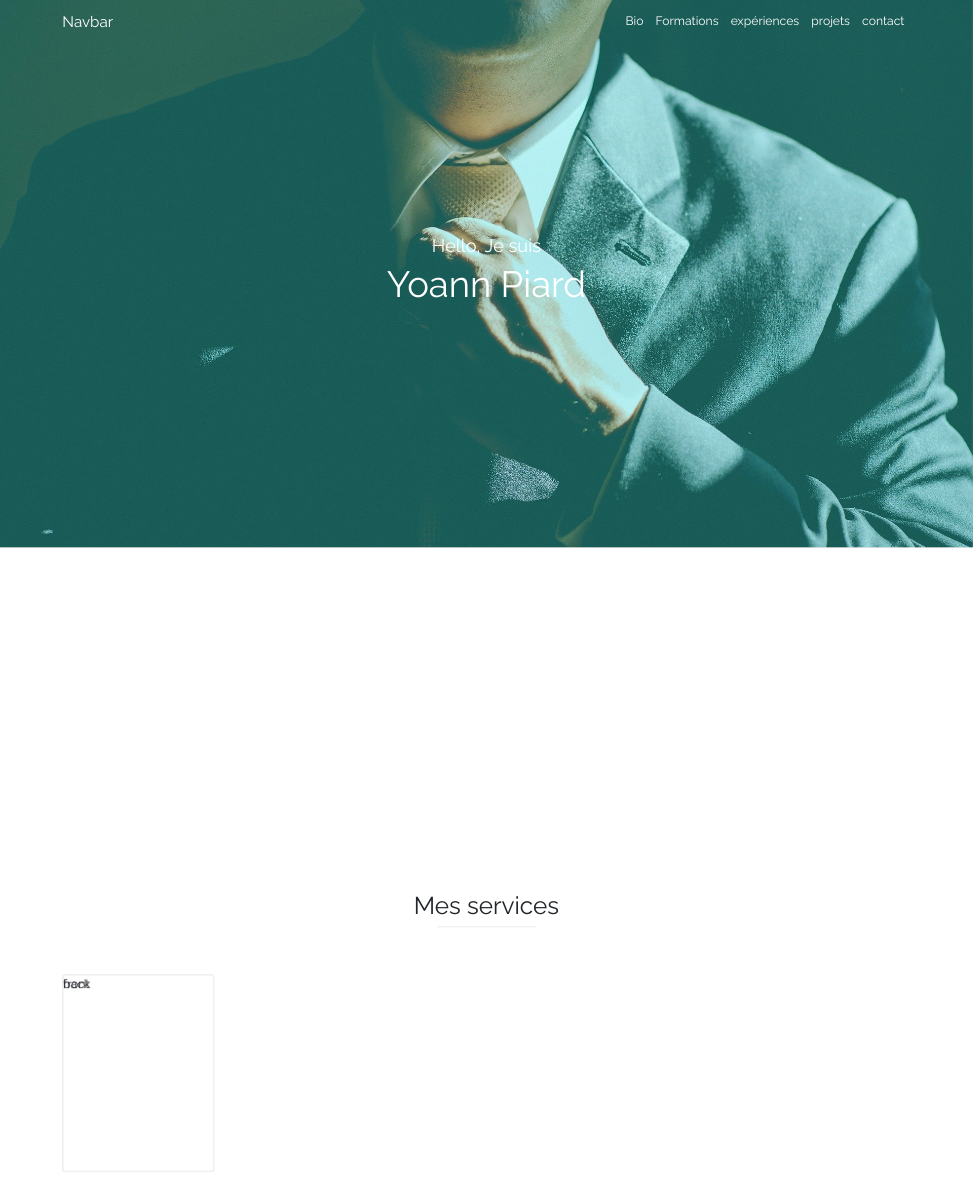
Repository: ypiard85/port-folio-bootstrap-yoann-2021
Page: index.html
The author's editor kept a copy of each file at every save. The page is drawn from the files as they stood at one save, then again after the next save.
The browser window is 1280 px wide. The pictures show the whole page, at 76% of full size.

Above is the page before, as saved 2021-03-09 16:27:06.
Console error: TypeError: window.onload is not a function

After the next save:
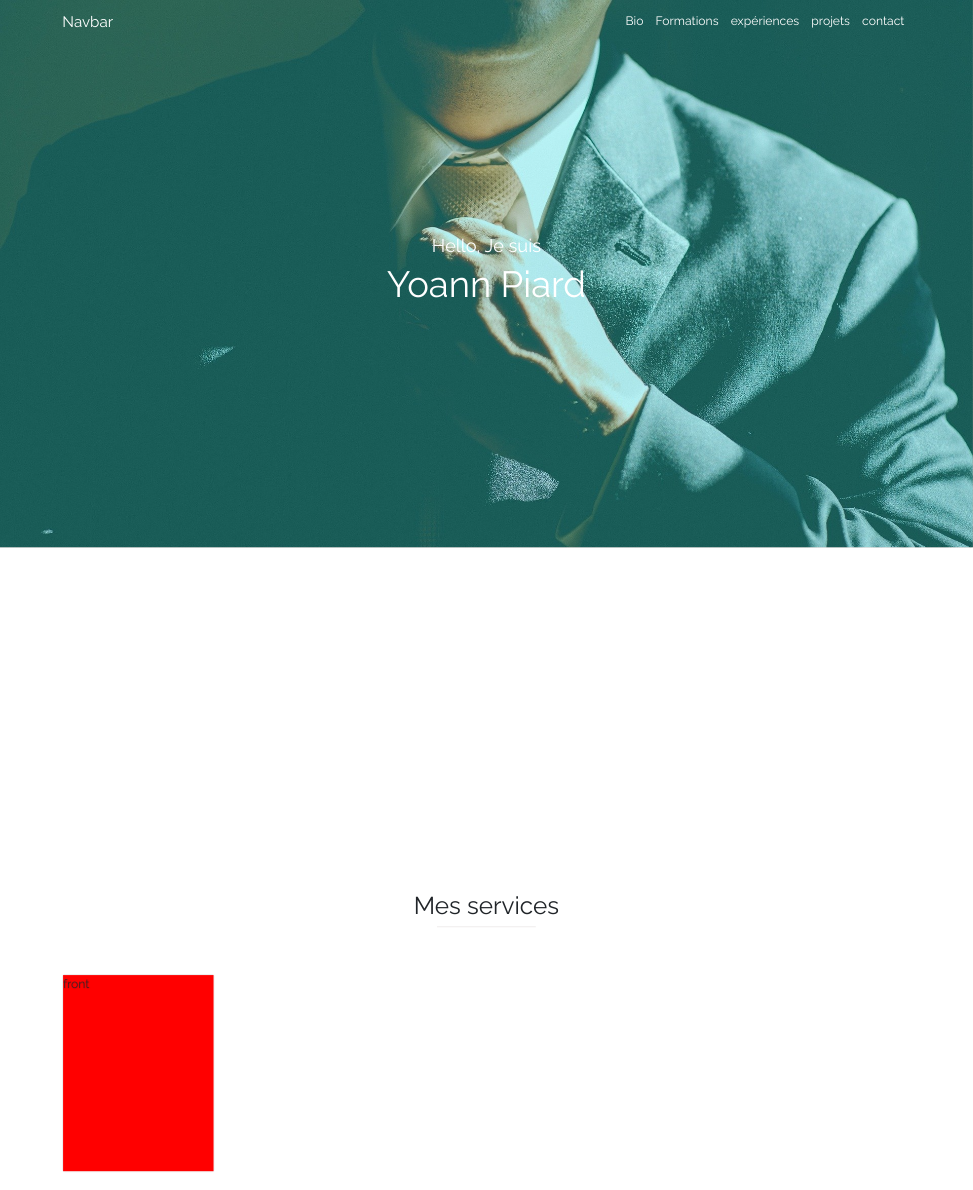
Saved 11 s later.
--- a/resource/style.css
+++ b/resource/style.css
@@ -111,3 +111,16 @@ header h1{
     width: 100%;
     backface-visibility: hidden;
   }
+
+  .card__face--front {
+    background: red;
+  }
+
+  .card__face--back {
+    background: blue;
+    transform: rotateY( 180deg );
+  }
+
+  .card.is-flipped {
+    transform: rotateY(180deg);
+  }

After the 5 saves that followed:
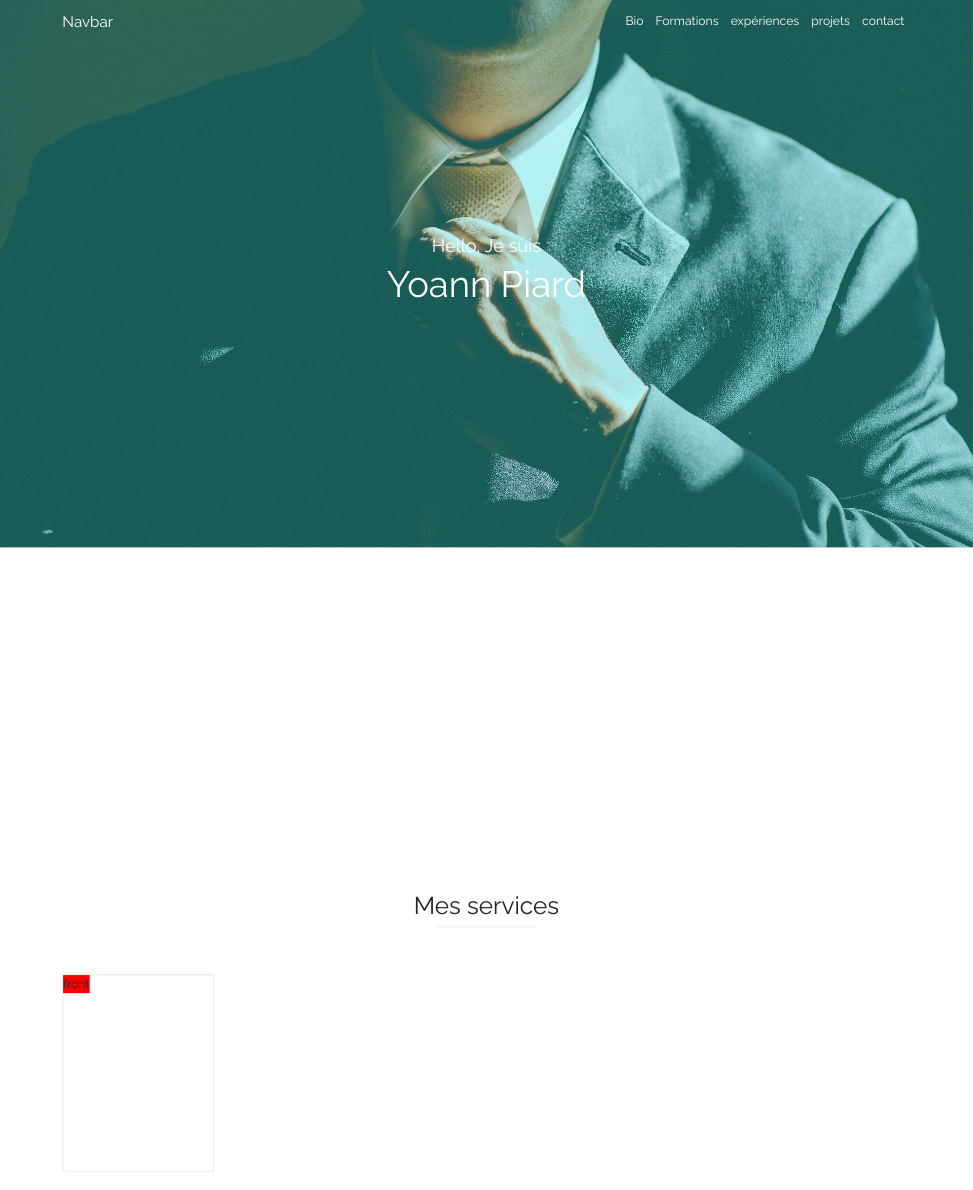
The 5 saves are shown as one change because 4 left the picture as it was.
The last was saved 3 min 11 s later.
--- a/resource/style.css
+++ b/resource/style.css
@@ -107,8 +107,7 @@ header h1{
 
 .card__face {
     position: absolute;
-    height: 100%;
-    width: 100%;
+
     backface-visibility: hidden;
   }
 
@@ -118,9 +117,9 @@ header h1{
 
   .card__face--back {
     background: blue;
-    transform: rotateY( 180deg );
+    transform: rotateX( 180deg );
   }
 
   .card.is-flipped {
-    transform: rotateY(180deg);
+    transform: rotateX(180deg);
   }
--- a/resource/scrollreveal.js
+++ b/resource/scrollreveal.js
@@ -10,3 +10,11 @@ function scrollEffect(){
     });
 
 }
+
+var card = document.querySelector('.card');
+card.addEventListener( 'mouseenter', function() {
+  card.classList.add('is-flipped');
+});
+card.addEventListener( 'mouseleave', function() {
+  card.classList.remove('is-flipped');
+});
